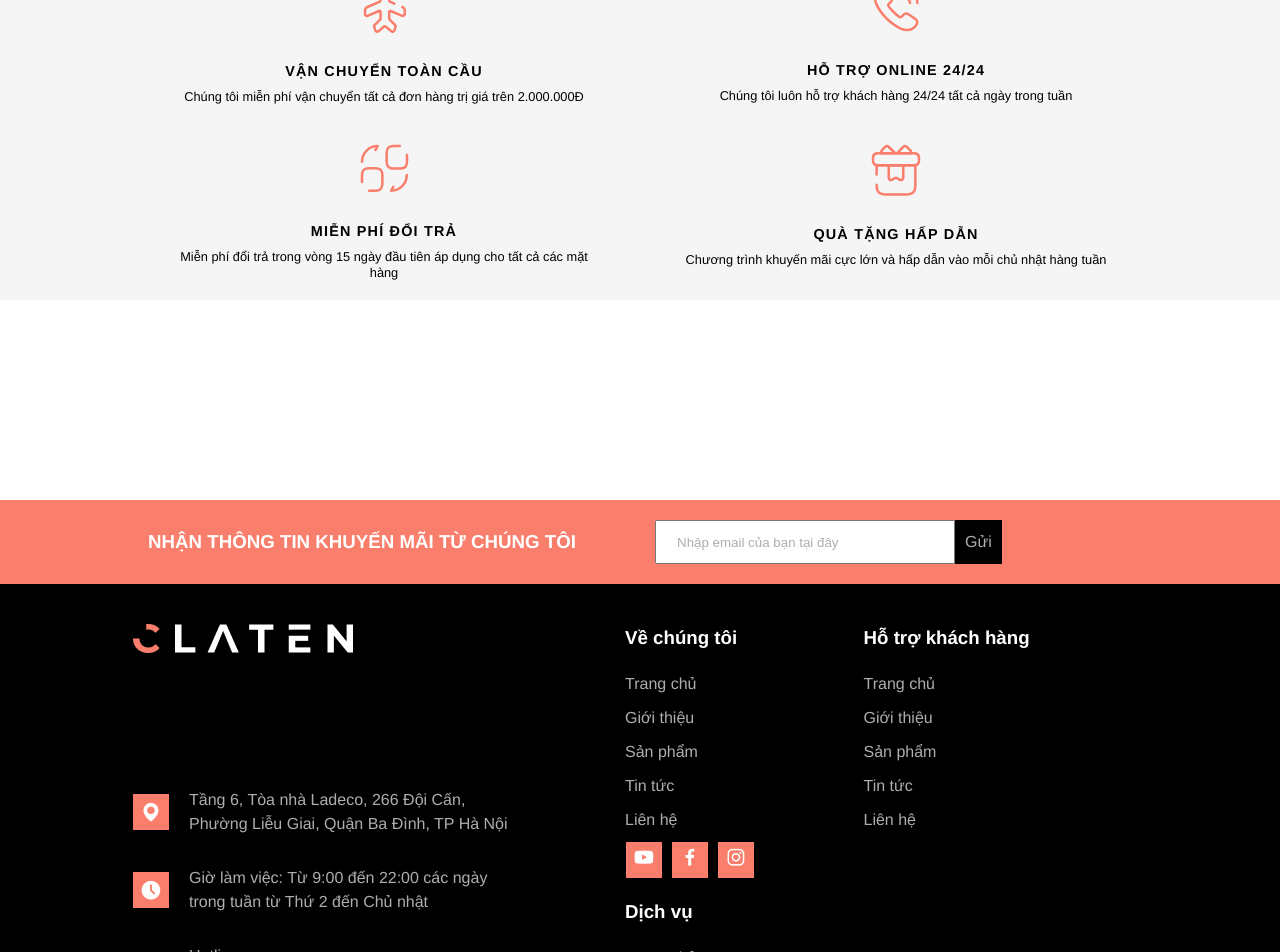
Repository: RennoPMXK/doan
Page: index.html
An editor plug-in stored every save of this project. The page is shown before and after the next save, followed by the edit.
The browser window is 1280 px wide. The pictures show the part of the page from y = 607 to 1559 px (the page is 1733 px tall before and 1721 px after).

Above is the page before, as saved 2021-11-16 20:12:58.

After the next save:
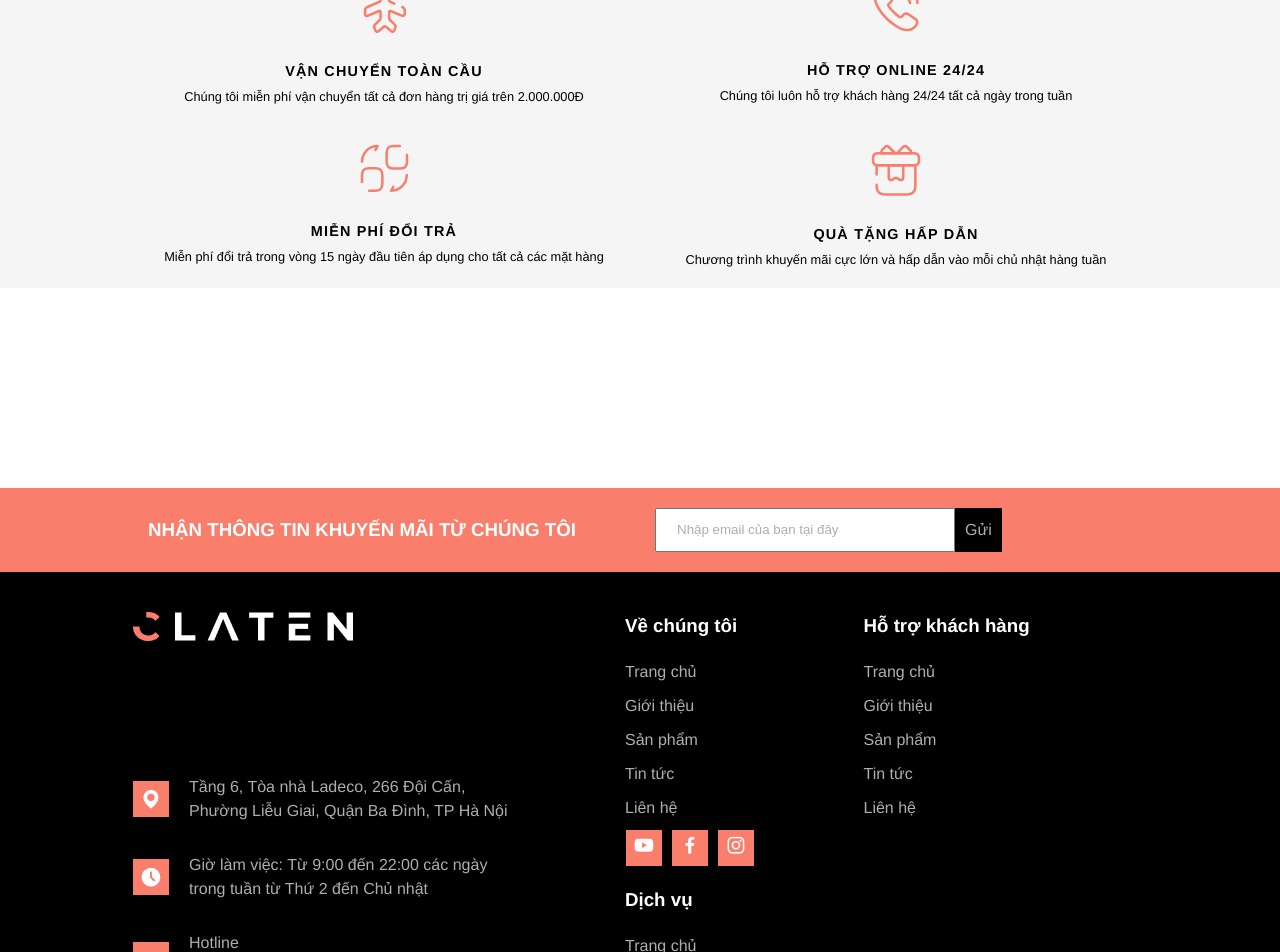
Saved 7 s later.
--- a/style.css
+++ b/style.css
@@ -342,7 +342,7 @@ li {
 
 .hero-section-mini-item {
     display: flex;
-    padding : 20px 40px;
+    padding : 20px 30px;
     gap: 10px;
     flex-direction:column;
     align-items: center;
